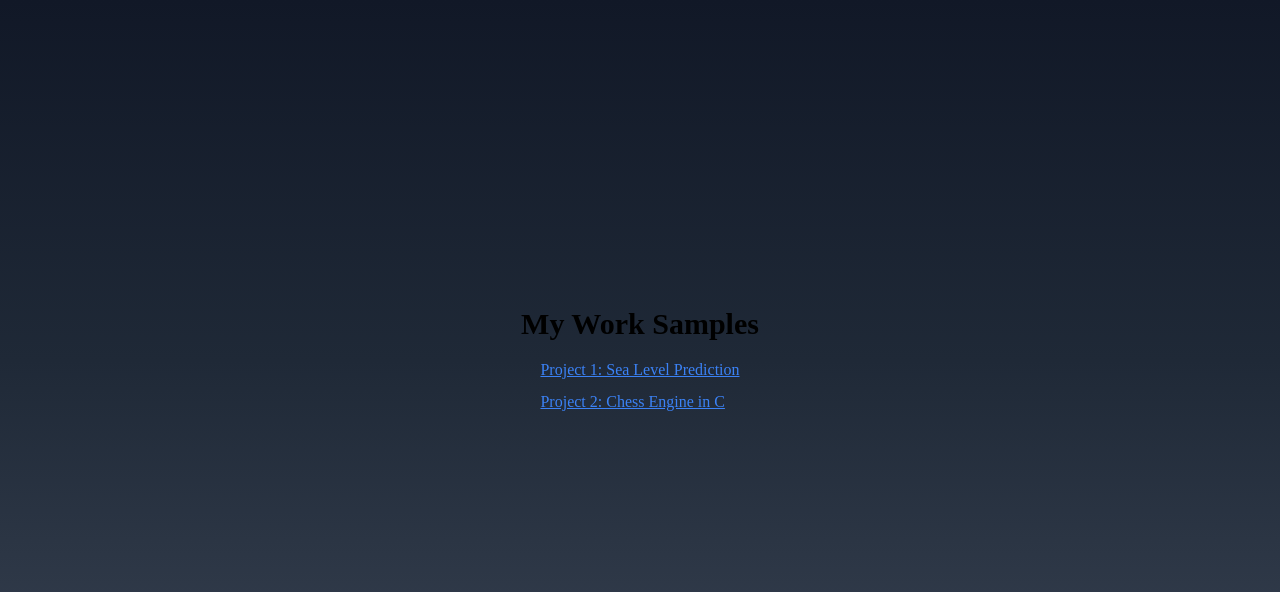
Repository: evnwyn/Evan-Wayne-s-Portfolio
Page: /portfolio
The author's editor kept a copy of each file at every save. The page is drawn from the files as they stood at one save, then again after the next save.
The browser window is 1280 px wide. The pictures show the whole page.
The project was rebuilt for these pictures with package versions that can differ from the ones it lists, and the page was loaded fresh each time. The framework's server and built-in components were replaced by stand-ins that run in the browser. Also part of the build but not shown: next.config.js.

Above is the page before, as saved 2024-10-09 21:02:09.

### src/app/layout.tsx
// app/layout.tsx

import '~/styles/globals.css'; // Import your global styles
import { type Metadata } from 'next';
import { ReactNode } from 'react';

export const metadata: Metadata = {
  title: 'Evan Wayne | Portfolio',
  description: 'This is my personal portfolio website',
  icons: [{ rel: 'icon', url: '/favicon.ico' }],
};

export default function RootLayout({ children }: { children: ReactNode }) {
  return (
    <html lang="en">
      <body className="min-h-screen flex flex-col bg-gradient-to-b from-gray-900 via-gray-800 to-gray-700">
        {/* Main content area, flex-grow ensures this stretches to fill the viewport */}
        <main className="flex-grow flex flex-col">{children}</main>
        <footer className="text-center text-white py-4">
          © {new Date().getFullYear()} Evan Wayne
        </footer>
      </body>
    </html>
  );
}

### src/app/portfolio/page.tsx
// app/portfolio/page.tsx

import React from 'react'; // Optional but useful in some cases

export default function Portfolio() {
  return (
    <div className="min-h-screen flex flex-col items-center justify-center p-8">
      <h1 className="text-3xl font-bold">My Work Samples</h1>
      <ul className="mt-4">
        <li>
          <a href="https://github.com/your-github/project-1" className="text-blue-500 underline" target="_blank" rel="noopener noreferrer">
            Project 1: Sea Level Prediction
          </a>
        </li>
        <li className="mt-2">
          <a href="https://github.com/your-github/project-2" className="text-blue-500 underline" target="_blank" rel="noopener noreferrer">
            Project 2: Chess Engine in C
          </a>
        </li>
      </ul>
    </div>
  );
}

### src/styles/globals.css
@tailwind base;
@tailwind components;
@tailwind utilities;

/* Eliminate margin, padding, and overflow issues */
html, body {
  height: 100%;
  margin: 0;
  padding: 0;
  overflow: hidden; /* Hide any potential overflow */
}

/* Make sure the Next.js root div takes up full height */
#__next {
  min-height: 100%;
  display: flex;
  flex-direction: column;
  justify-content: flex-start; /* Ensure content starts from the top */
}

/* Ensure main content stretches to fill the remaining space */
main {
  flex-grow: 1;
  display: flex;
  flex-direction: column;
}

/* Reset margins and paddings */
* {
  margin: 0;
  padding: 0;
  box-sizing: border-box;
}

Loaded but not shown: tailwind.config.ts (common file)

After the next save:
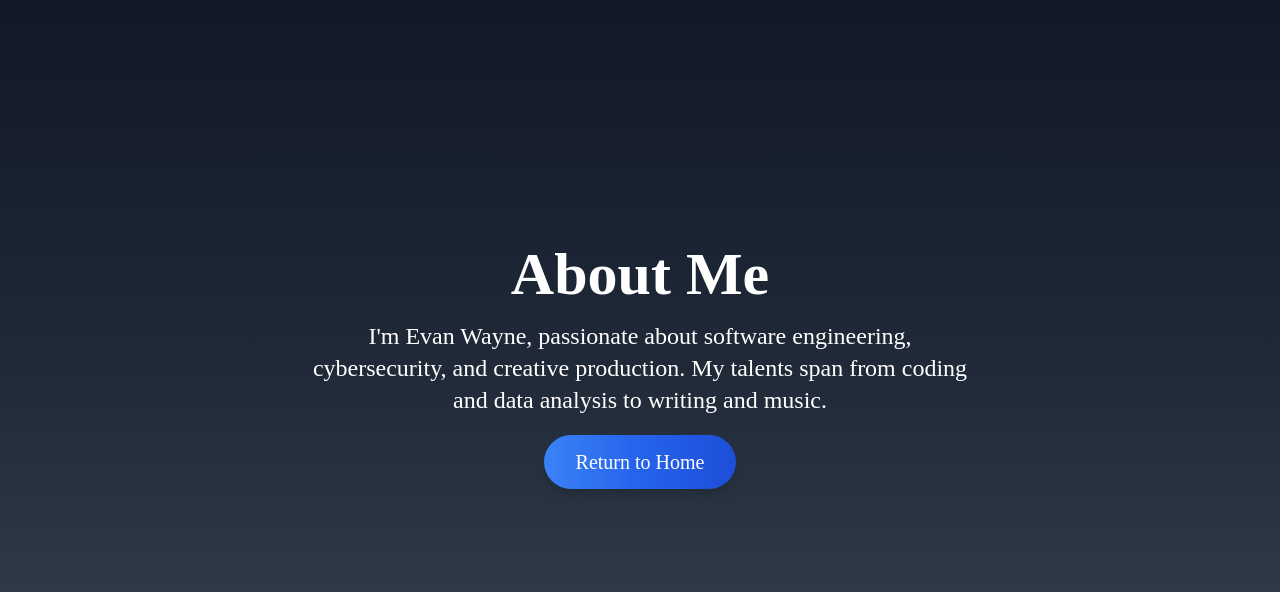
Saved 39 s later.
--- a/src/app/portfolio/page.tsx
+++ b/src/app/portfolio/page.tsx
@@ -1,23 +1,24 @@
-// app/portfolio/page.tsx
+// app/about/page.tsx
 
-import React from 'react'; // Optional but useful in some cases
+import React from 'react';
+import Link from 'next/link'; // Import the Link component
 
-export default function Portfolio() {
+export default function About() {
   return (
-    <div className="min-h-screen flex flex-col items-center justify-center p-8">
-      <h1 className="text-3xl font-bold">My Work Samples</h1>
-      <ul className="mt-4">
-        <li>
-          <a href="https://github.com/your-github/project-1" className="text-blue-500 underline" target="_blank" rel="noopener noreferrer">
-            Project 1: Sea Level Prediction
-          </a>
-        </li>
-        <li className="mt-2">
-          <a href="https://github.com/your-github/project-2" className="text-blue-500 underline" target="_blank" rel="noopener noreferrer">
-            Project 2: Chess Engine in C
-          </a>
-        </li>
-      </ul>
+    <div className="min-h-screen flex flex-col items-center justify-center bg-gradient-to-b from-gray-900 via-gray-800 to-gray-700">
+      <h1 className="text-6xl font-bold text-white transition-all duration-500 hover:text-gray-300 mb-4">
+        About Me
+      </h1>
+      <p className="text-2xl text-center text-white max-w-2xl">
+        I'm Evan Wayne, passionate about software engineering, cybersecurity, and creative production. My talents span from coding and data analysis to writing and music.
+      </p>
+
+      {/* Stand-out Home button in blue gradient */}
+      <div className="mt-8">
+        <Link href="/" className="bg-gradient-to-r from-blue-500 via-blue-600 to-blue-700 text-white text-xl px-8 py-4 rounded-full shadow-lg transform hover:scale-110 transition-transform duration-500 ease-out hover:shadow-2xl">
+          Return to Home
+        </Link>
+      </div>
     </div>
   );
 }

After the save that followed:
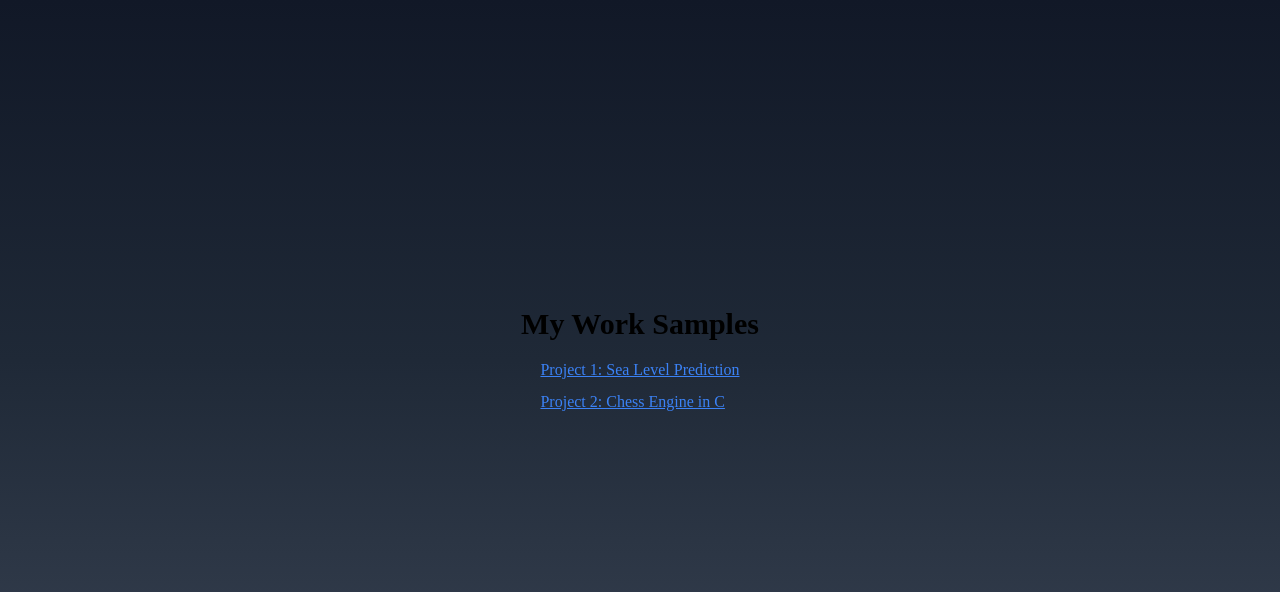
Saved 8 s later.
--- a/src/app/portfolio/page.tsx
+++ b/src/app/portfolio/page.tsx
@@ -1,24 +1,23 @@
-// app/about/page.tsx
+// app/portfolio/page.tsx
 
-import React from 'react';
-import Link from 'next/link'; // Import the Link component
+import React from 'react'; // Optional but useful in some cases
 
-export default function About() {
+export default function Portfolio() {
   return (
-    <div className="min-h-screen flex flex-col items-center justify-center bg-gradient-to-b from-gray-900 via-gray-800 to-gray-700">
-      <h1 className="text-6xl font-bold text-white transition-all duration-500 hover:text-gray-300 mb-4">
-        About Me
-      </h1>
-      <p className="text-2xl text-center text-white max-w-2xl">
-        I'm Evan Wayne, passionate about software engineering, cybersecurity, and creative production. My talents span from coding and data analysis to writing and music.
-      </p>
-
-      {/* Stand-out Home button in blue gradient */}
-      <div className="mt-8">
-        <Link href="/" className="bg-gradient-to-r from-blue-500 via-blue-600 to-blue-700 text-white text-xl px-8 py-4 rounded-full shadow-lg transform hover:scale-110 transition-transform duration-500 ease-out hover:shadow-2xl">
-          Return to Home
-        </Link>
-      </div>
+    <div className="min-h-screen flex flex-col items-center justify-center p-8">
+      <h1 className="text-3xl font-bold">My Work Samples</h1>
+      <ul className="mt-4">
+        <li>
+          <a href="https://github.com/your-github/project-1" className="text-blue-500 underline" target="_blank" rel="noopener noreferrer">
+            Project 1: Sea Level Prediction
+          </a>
+        </li>
+        <li className="mt-2">
+          <a href="https://github.com/your-github/project-2" className="text-blue-500 underline" target="_blank" rel="noopener noreferrer">
+            Project 2: Chess Engine in C
+          </a>
+        </li>
+      </ul>
     </div>
   );
 }
